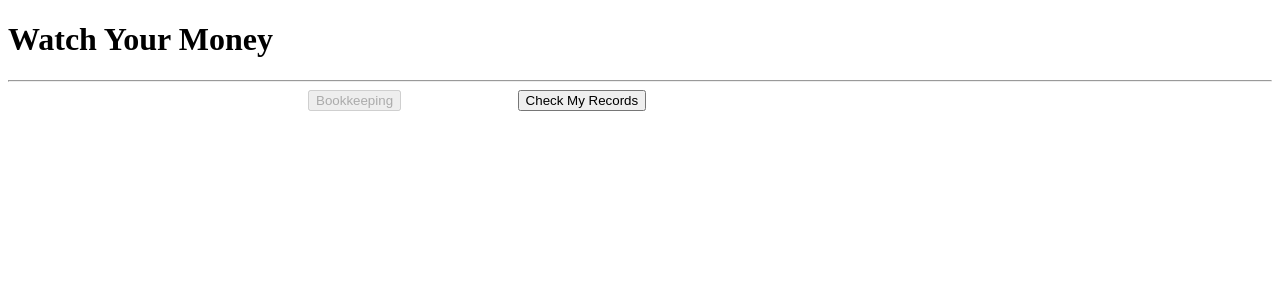
Repository: chelsea9869/Hackathon-TNT
Page: http://localhost/app/watch_your_money.php
These files come from the project's save history. The page is drawn as it stood at one moment and after a run of saves; the edit follows.
The browser window is 1280 px wide. The pictures show the whole page.
The page is run by PHP 8.4 with error messages shown; the project is at /var/www/html/.

Above is the page before, as saved 2020-09-05 10:52:39.

### app/watch_your_money.php
<!DOCTYPE html>
<html lang="en">
<head>
    <meta charset="UTF-8">
    <meta name="viewport" content="width=device-width, initial-scale=1.0">
    <title>Watch Your Money</title>
</head>
<body>
    <h1>Watch Your Money</h1>
    <hr>
    <div name='function'>
        <div id='bookkeeping' style="left:300px;width:40%;display: inline-table;position:relative">
            <button disabled="disabled">Bookkeeping</button>
        </div>
        <div id='check_records' style="width:40%;display: inline-table;position:relative">
            <button>Check My Records</button>
        </div>
    </div>
</body>
</html>

After the next 9 saves:
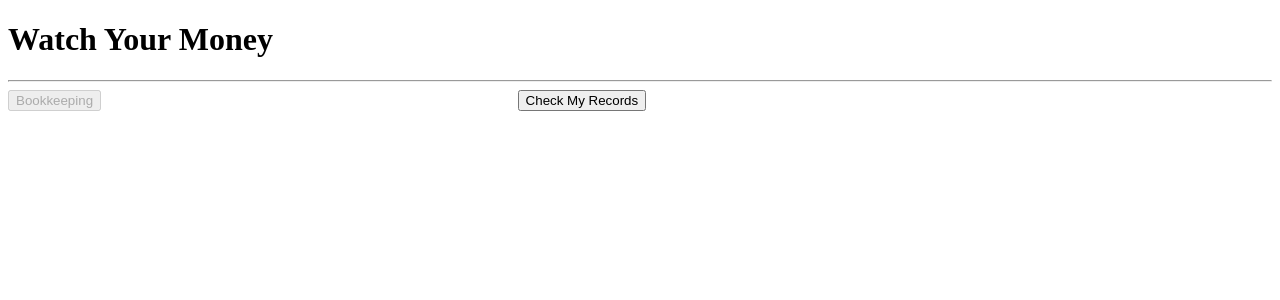
The 9 saves are shown as one change because they came seconds apart.
The last was saved 30 s later.
--- a/app/watch_your_money.php
+++ b/app/watch_your_money.php
@@ -9,10 +9,11 @@
     <h1>Watch Your Money</h1>
     <hr>
     <div name='function'>
-        <div id='bookkeeping' style="left:300px;width:40%;display: inline-table;position:relative">
+        <div id='occupy_space'></div>
+        <div id='bookkeeping' style="width:40%;display: inline-table">
             <button disabled="disabled">Bookkeeping</button>
         </div>
-        <div id='check_records' style="width:40%;display: inline-table;position:relative">
+        <div id='check_records' style="width:40%;display: inline-table">
             <button>Check My Records</button>
         </div>
     </div>
